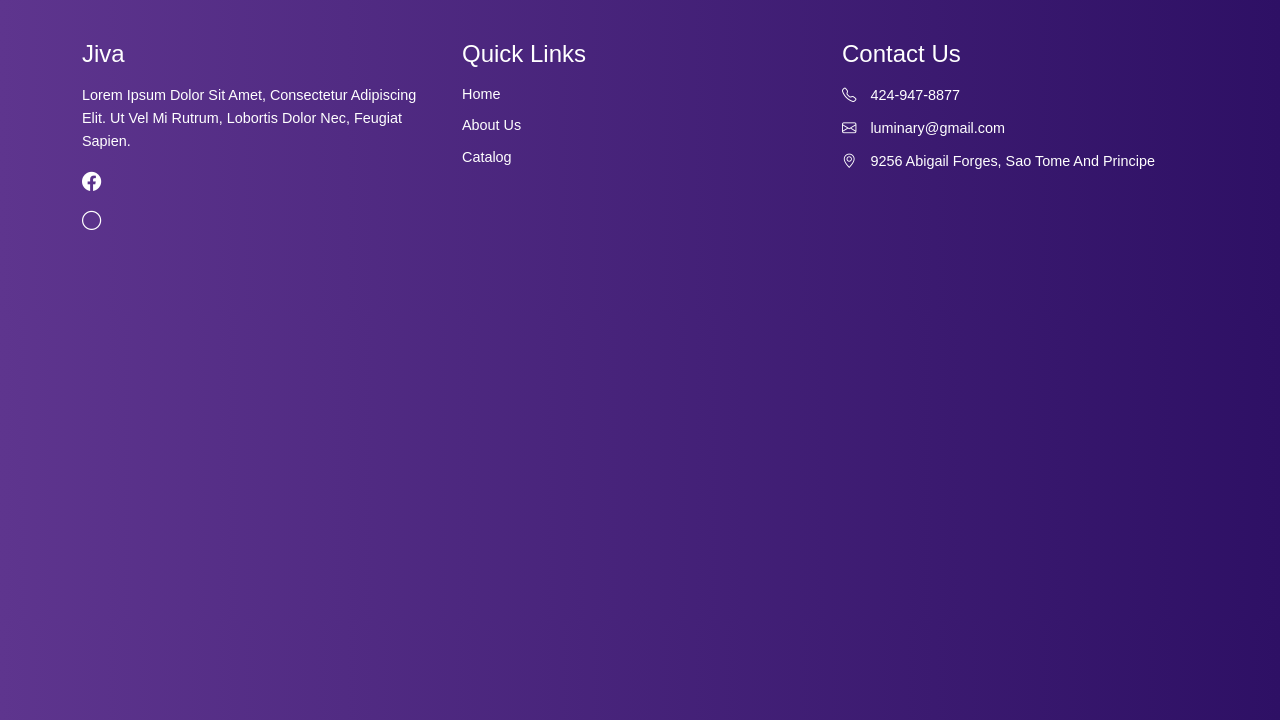
Repository: Vaishnavi323/SonaChandi
Page: http://localhost/sonachandi/application/views/common/footer.php
The author's editor kept a copy of each file at every save. The page is drawn from the files as they stood at one save, then again after the next save.
The browser window is 1280 px wide. The pictures show the whole page.
The page is run by PHP 8.4 with error messages shown; the project is at /var/www/html/.

Above is the page before, as saved 2025-06-04 15:53:38.

After the next save:
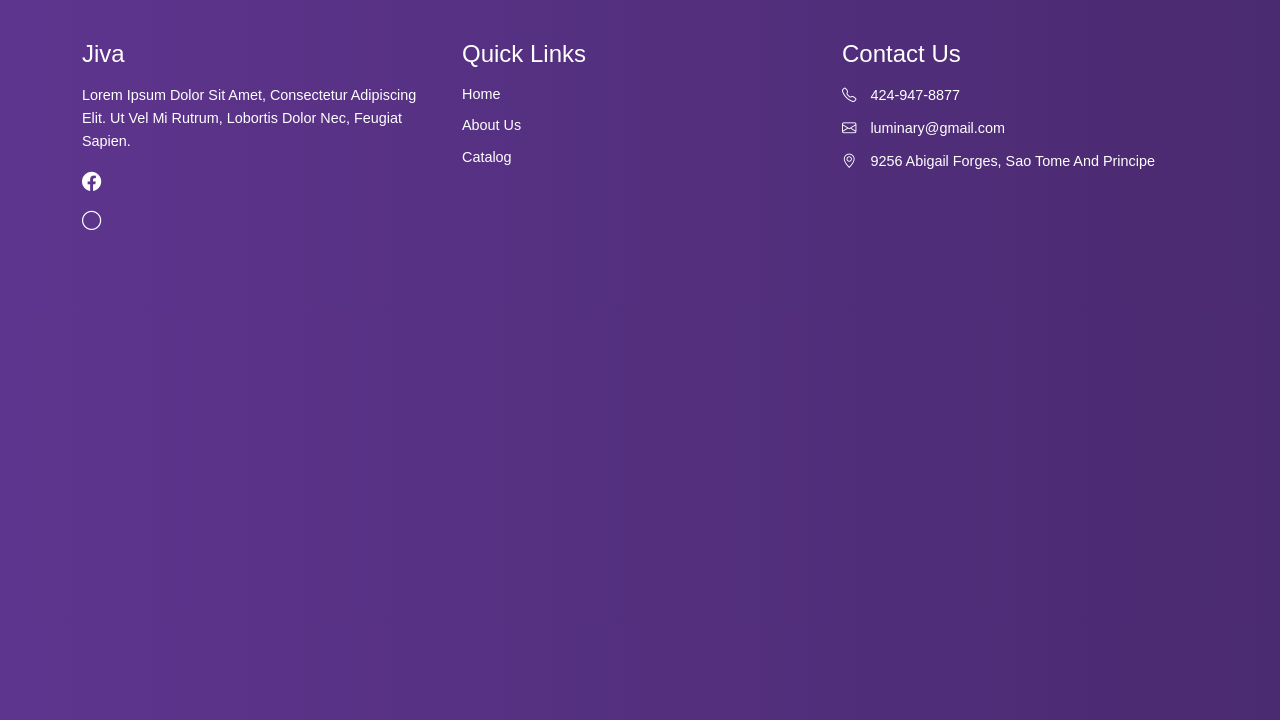
Saved 32 s later.
--- a/application/views/common/footer.php
+++ b/application/views/common/footer.php
@@ -9,7 +9,7 @@
     <link href="https://cdn.jsdelivr.net/npm/bootstrap@5.3.0/dist/css/bootstrap.min.css" rel="stylesheet">
     <style>
         body {
-            background: linear-gradient(to right, #5E358E, #2e1065);
+            background: linear-gradient(to right, #5E358E, #4A2A70);
             color: white;
             font-family: Arial, sans-serif;
         }
